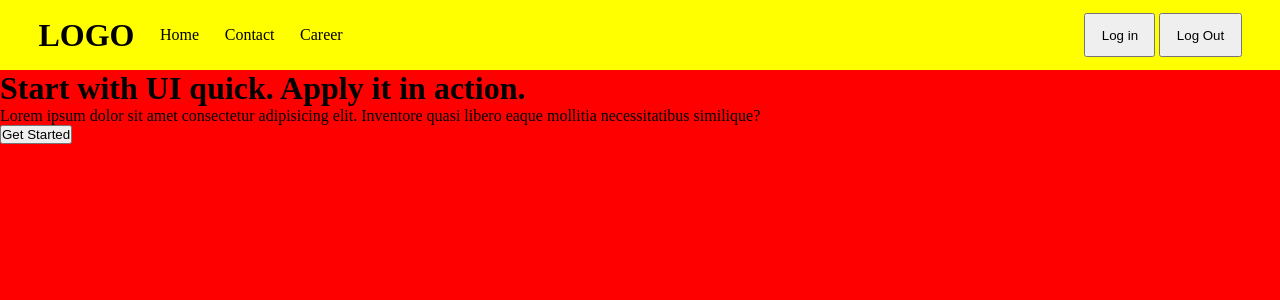
Repository: Ashishchakravartii/landingPage
Page: index.html
These files come from the project's save history. The page is drawn as it stood at one moment and after the next save; the edit follows.
The browser window is 1280 px wide. The pictures show the whole page.

Above is the page before, as saved 2024-07-24 12:34:36.

After the next save:
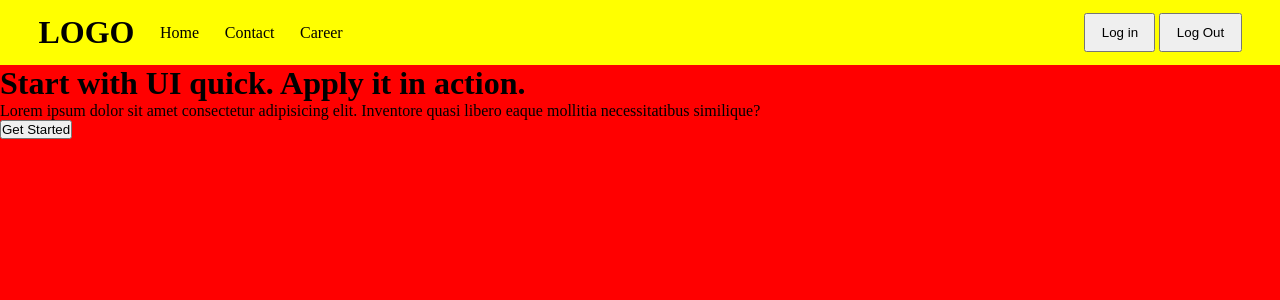
Saved 4 s later.
--- a/style.css
+++ b/style.css
@@ -32,5 +32,5 @@ body{
 }
 
 .navRight>button{
-    padding: 1vmax 1.2vmax;
+    padding: 0.8vmax 1.2vmax;
 }
